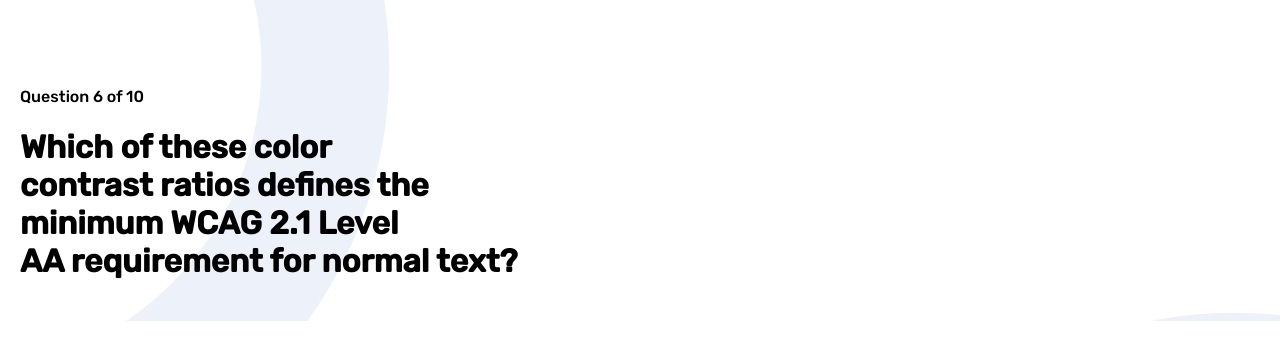
Repository: Daniel054311/Quiz-app-V1
Page: question.html
These files come from the project's save history. The page is drawn as it stood at one moment and after a run of saves; the edit follows.
The browser window is 1280 px wide. The pictures show the whole page.

Above is the page before, as saved 2024-01-30 18:14:29.

### question.html
<!DOCTYPE html>
<html lang="en">

<head>
  <meta charset="UTF-8">
  <meta name="viewport" content="width=device-width, initial-scale=1.0">
  <title>Question-Page</title>
  <link rel="stylesheet" type="text/css" href="/asset/style/question.css">
  <link rel="preconnect" href="https://fonts.googleapis.com">
<link rel="preconnect" href="https://fonts.gstatic.com" crossorigin>
<link rel="preconnect" href="https://fonts.googleapis.com">
<link rel="preconnect" href="https://fonts.gstatic.com" crossorigin>
<link href="https://fonts.googleapis.com/css2?family=Red+Hat+Display:wght@500;700;900&family=Rubik:ital,wght@0,400;0,500;1,300&display=swap" rel="stylesheet"><link href="https://fonts.googleapis.com/css2?family=Red+Hat+Display:wght@500;700;900&family=Rubik:ital,wght@1,300&display=swap" rel="stylesheet">
</head>

<body>
  <div class="parent-container">

    <div class="header" id="header">
      <img src="" alt="" id="head_img">
      <div id="title" class="title"></div>

    </div>
    <div class="left-container">
      <p class="question">Question 6 of 10</p>

      <h1>Which of these color<br> contrast ratios defines the <br>minimum WCAG 2.1 Level<br> AA requirement for normal
        text?
      </h1>

    </div>
    <div class="right-container" id="question-list">


      </div>
    </div>

    <script type="module" src="./asset/script/question.js"></script>


</body>

</html>

### asset/style/question.css
body {
    margin: 0;
    display: flex;
    align-items: center;
    justify-content: center;
    height: 100%;
    font-family: Rubik;
  }
  .parent-container {
    display: flex;
    flex-direction:row;
    width: 100%;
    height:100%;
    background-image:url("../images/pattern-background-desktop-light.svg");
    background-size: cover;

    font-style: normal;
    font-weight: 500;
  }
  .left-container {
    flex: 1;
    padding: 20px;
    text-align:left;
    margin-top: 4%;

  }
  .right-container {
    flex: 1;
    padding: 20px;
    text-align:right;
    display:flex;
    flex-direction:column;
    margin-top: 4%;
    font-size: 28px;

  }
  .right-container.ul{
    color: #313E51;
    border-radius: 24px;
    margin-top:24px;
    background-color: #ffffff;

  }

  right-container .options {
    width: 56px;
    height: 56px;
    border-radius:24px;
    margin-right: 20px;
  }
  .options:hover {
    border-color: #F6E7FF;
    color: #A729F5;
  }


.questions .option-item.active {
  border-radius: 5px;
  border-color: #A729F5;
}

.questions .option-item.active .options {
  color: white;
}
/* Add the following styles to your existing CSS */

.options.correct {
  border-color: #26D782;
  color: #26D782;
}

.options.wrong {
  border-color: #EE5454;
  color: white;
}

.questions.correct {
  border-radius: 20px;
  background-color: #26D782
}

.questions.wrong {
  border-radius: 20px;
  background-color: #26D782;
}





/* .option-item {
    display: flex;
    align-items: center;
    margin-bottom: 10px; /* Add spacing between items */
    /* padding: 10px;
    background-color:#ffffff;
    border-radius: 24px;
  }



  }

  .content {
    flex: 1;

  }

.option-item .content {
    padding: 20px;
    color: #313E51;
    padding: 18px 20px;
    align-items:center;
    gap:32px;
}
.left-container .h1{
  font-size: 36px;
  color: #313E51;
}
.left-container .p{
  color: #626c7F;
} */ */

Loaded but not shown: asset/script/question.js (no copy from this time; the picture is the same without it)

After the next 3 saves:
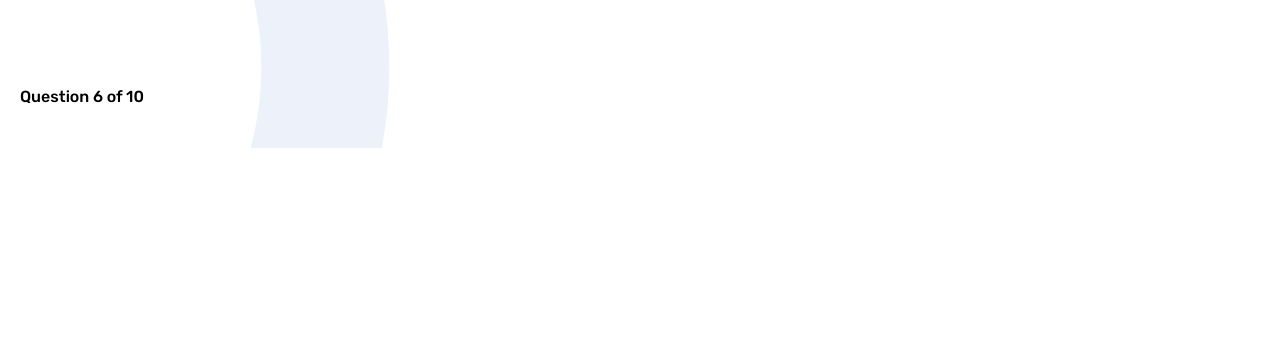
The 3 saves are shown as one change because they came seconds apart.
The last was saved 55 s later.
--- a/question.html
+++ b/question.html
@@ -24,9 +24,7 @@
     <div class="left-container">
       <p class="question">Question 6 of 10</p>
 
-      <h1>Which of these color<br> contrast ratios defines the <br>minimum WCAG 2.1 Level<br> AA requirement for normal
-        text?
-      </h1>
+      <h1></h1>
 
     </div>
     <div class="right-container" id="question-list">

After the save that followed:
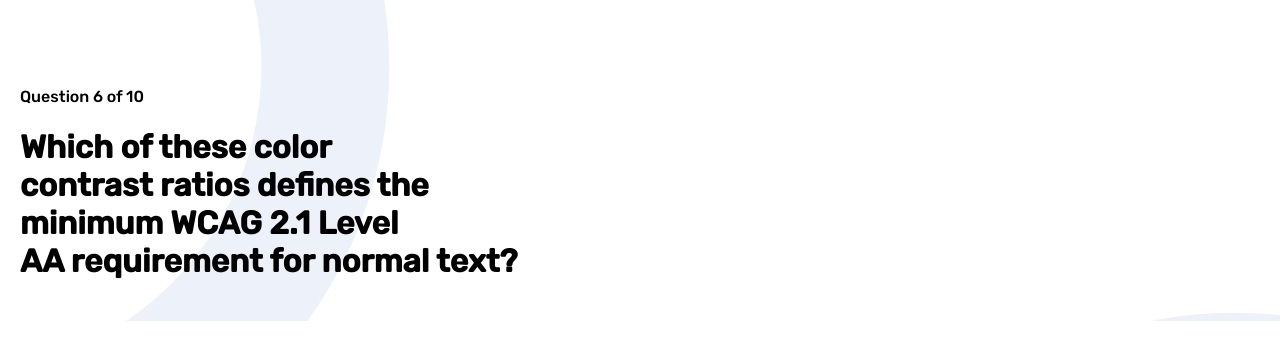
Saved 6 s later.
--- a/question.html
+++ b/question.html
@@ -24,7 +24,9 @@
     <div class="left-container">
       <p class="question">Question 6 of 10</p>
 
-      <h1></h1>
+      <h1>Which of these color<br> contrast ratios defines the <br>minimum WCAG 2.1 Level<br> AA requirement for normal
+        text?
+      </h1>
 
     </div>
     <div class="right-container" id="question-list">
